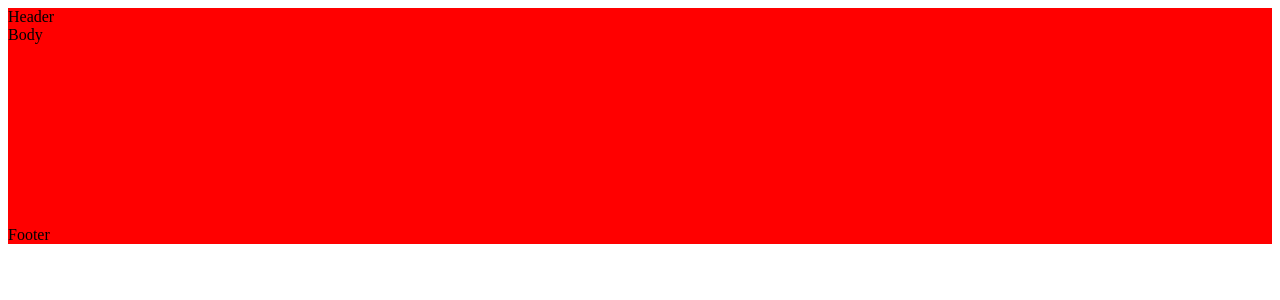
Repository: BenBen-san/Typing-Game
Page: header.html
The author's editor kept a record of every edit. The page is drawn from the files as they stood at one moment, then again after the next edit.
The browser window is 1280 px wide. The pictures show the whole page.

Above is the page before.

After the next edit:
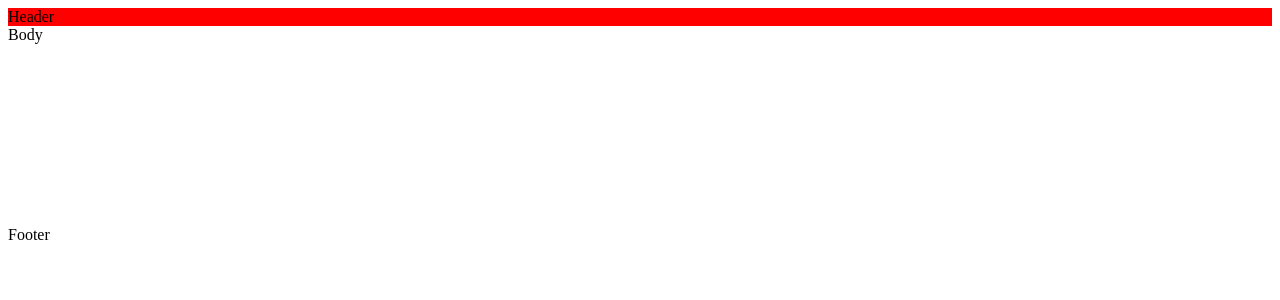
The edit:
--- a/header.html
+++ b/header.html
@@ -18,7 +18,7 @@
     <body>
         <div id="header">
             Header
-        </header>
+        </div>
         <div class="size">
             Body
         </div>
